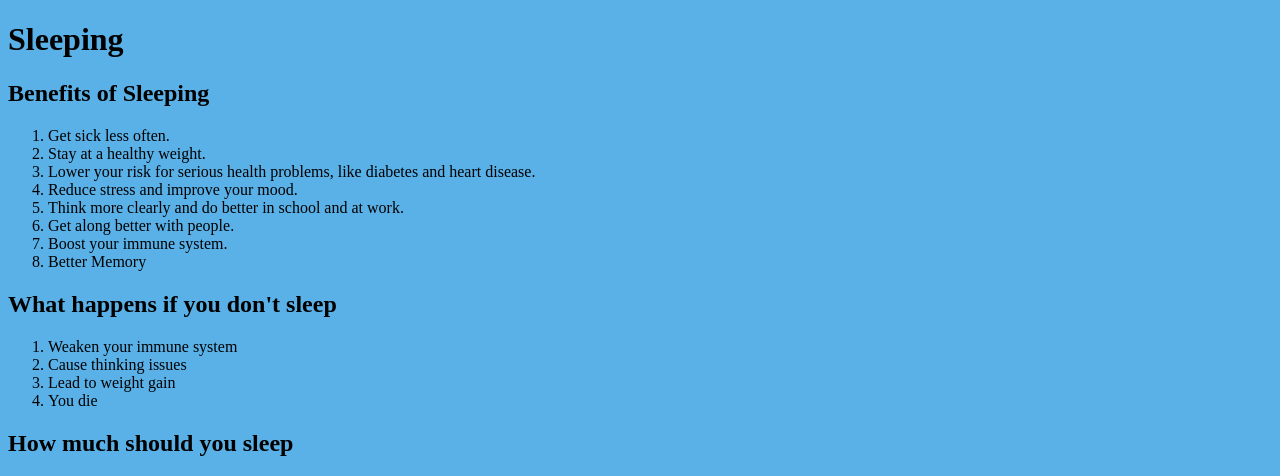
Repository: Darrenyyds/class1
Page: Myhobbies.html
These files come from the project's save history. The page is drawn as it stood at one moment and after the next save; the edit follows.
The browser window is 1280 px wide. The pictures show the part of the page from y = 0 to 476 px (the page is 1126 px tall).
Pictures or frames that could not be fetched are drawn as grey boxes.

Above is the page before, as saved 2023-02-04 15:10:06.

After the next save:
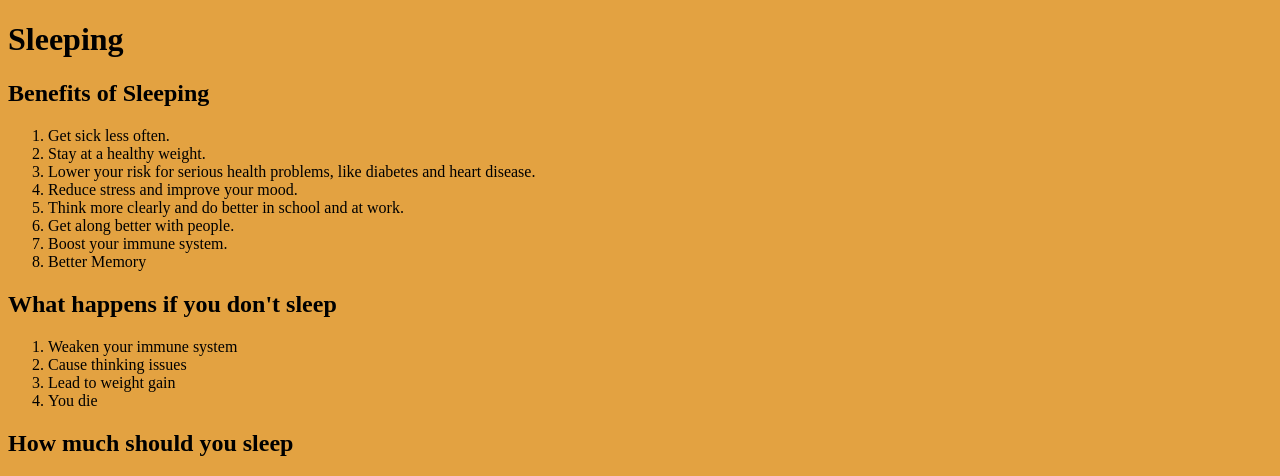
Saved 12 s later.
--- a/Myhobbies.css
+++ b/Myhobbies.css
@@ -1,5 +1,5 @@
 Body {
-  background-color: rgb(89, 177, 232);
+  background-color: rgb(227, 162, 65);
 }
 .graph {
   background-image: url(https://www.sleepdr.com/wp-content/uploads/2016/11/Sleep-Duration-Guidelines.png);
